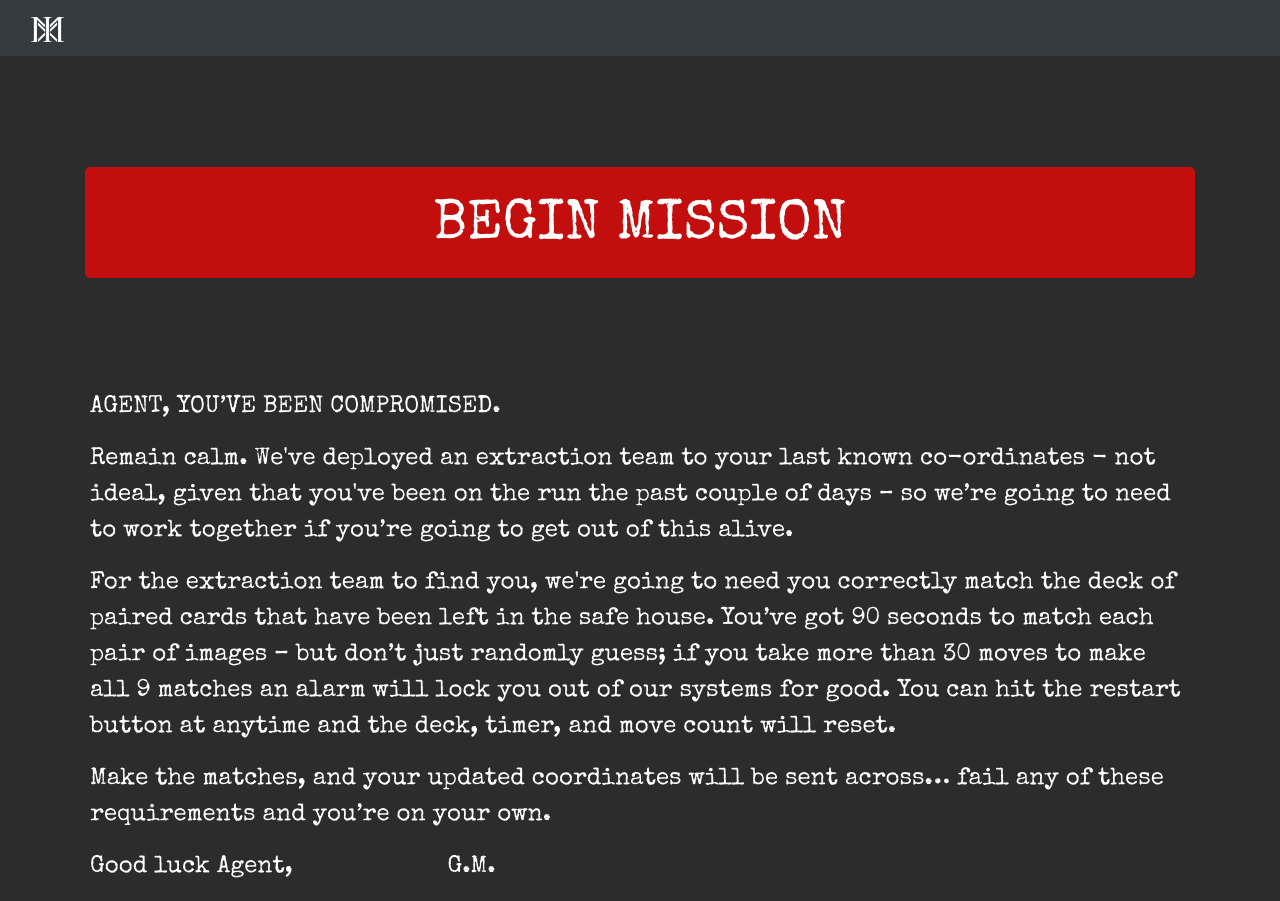
Repository: Code-Institute-Submissions/Milestone-25
Page: index.html
The author's editor kept a record of every edit. The page is drawn from the files as they stood at one moment, then again after the next edit.
The browser window is 1280 px wide. The pictures show the whole page.
Some web libraries are served in a nearby version.

Above is the page before.
Console error (its wording comes from the project's code and is left out).

After the next edit:
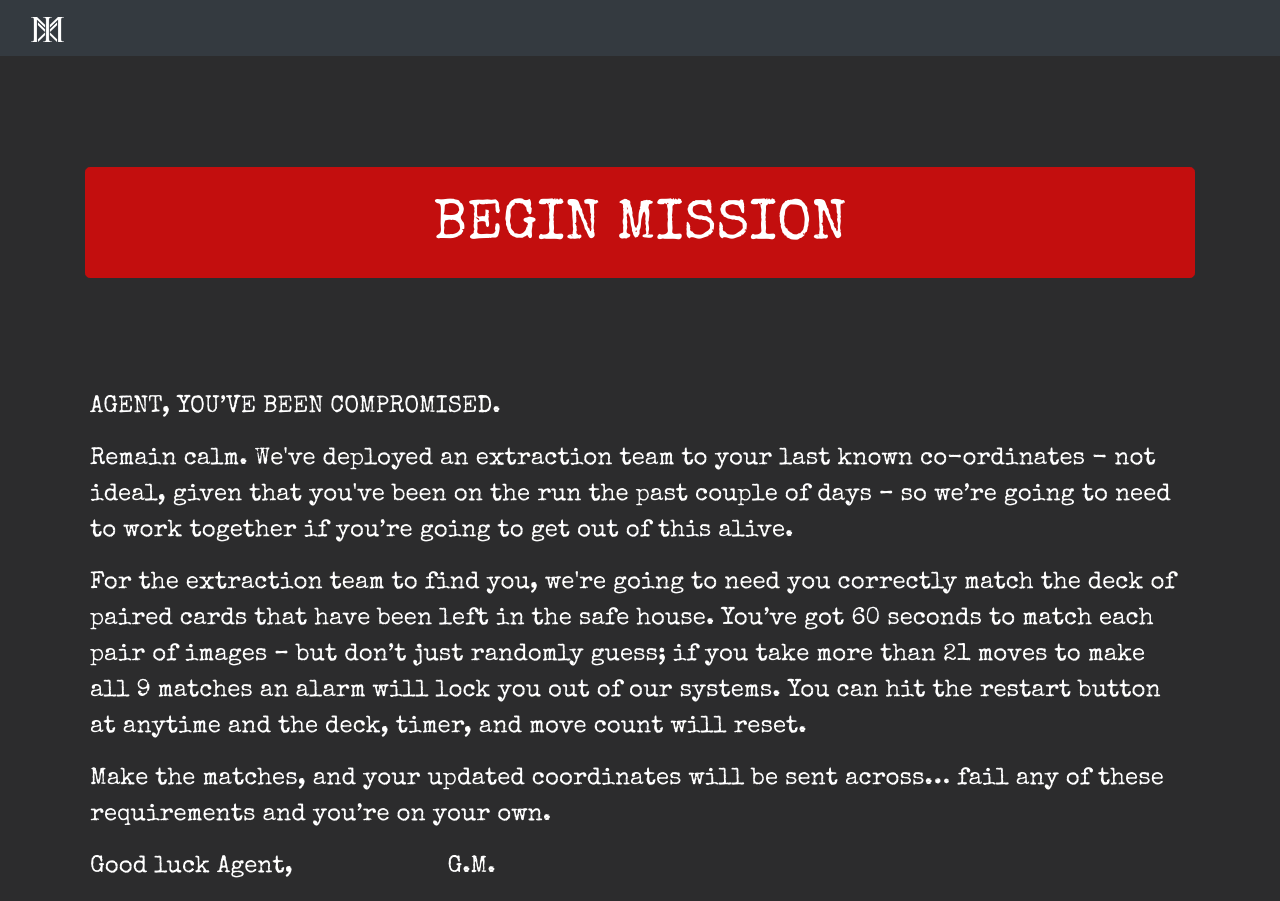
The edit:
--- a/index.html
+++ b/index.html
@@ -35,8 +35,8 @@
       <div class="col-md">
         <p class="instructions">AGENT, YOU’VE BEEN COMPROMISED.</p>
         <p class="instructions">Remain calm. We've deployed an extraction team to your last known co-ordinates - not ideal, given that you've been on the run the past couple of days – so we’re going to need to work together if you’re going to get out of this alive.</p>
-        <p class="instructions"> For the extraction team to find you, we're going to need you correctly match the deck of paired cards that have been left in the safe house. You’ve got 90 seconds to match each pair of images – but don’t just randomly guess; if you take more than
-          30 moves to make all 9 matches an alarm will lock you out of our systems for good. You can hit the restart button at anytime and the deck, timer, and move count will reset.</p>
+        <p class="instructions"> For the extraction team to find you, we're going to need you correctly match the deck of paired cards that have been left in the safe house. You’ve got 60 seconds to match each pair of images – but don’t just randomly guess; if you take more than
+          21 moves to make all 9 matches an alarm will lock you out of our systems. You can hit the restart button at anytime and the deck, timer, and move count will reset.</p>
         <p class="instructions"> Make the matches, and your updated coordinates will be sent across… fail any of these requirements and you’re on your own.</p>
         <p class="instructions"> Good luck Agent,</p>
         <p class="instructions"> G.M.</p>
